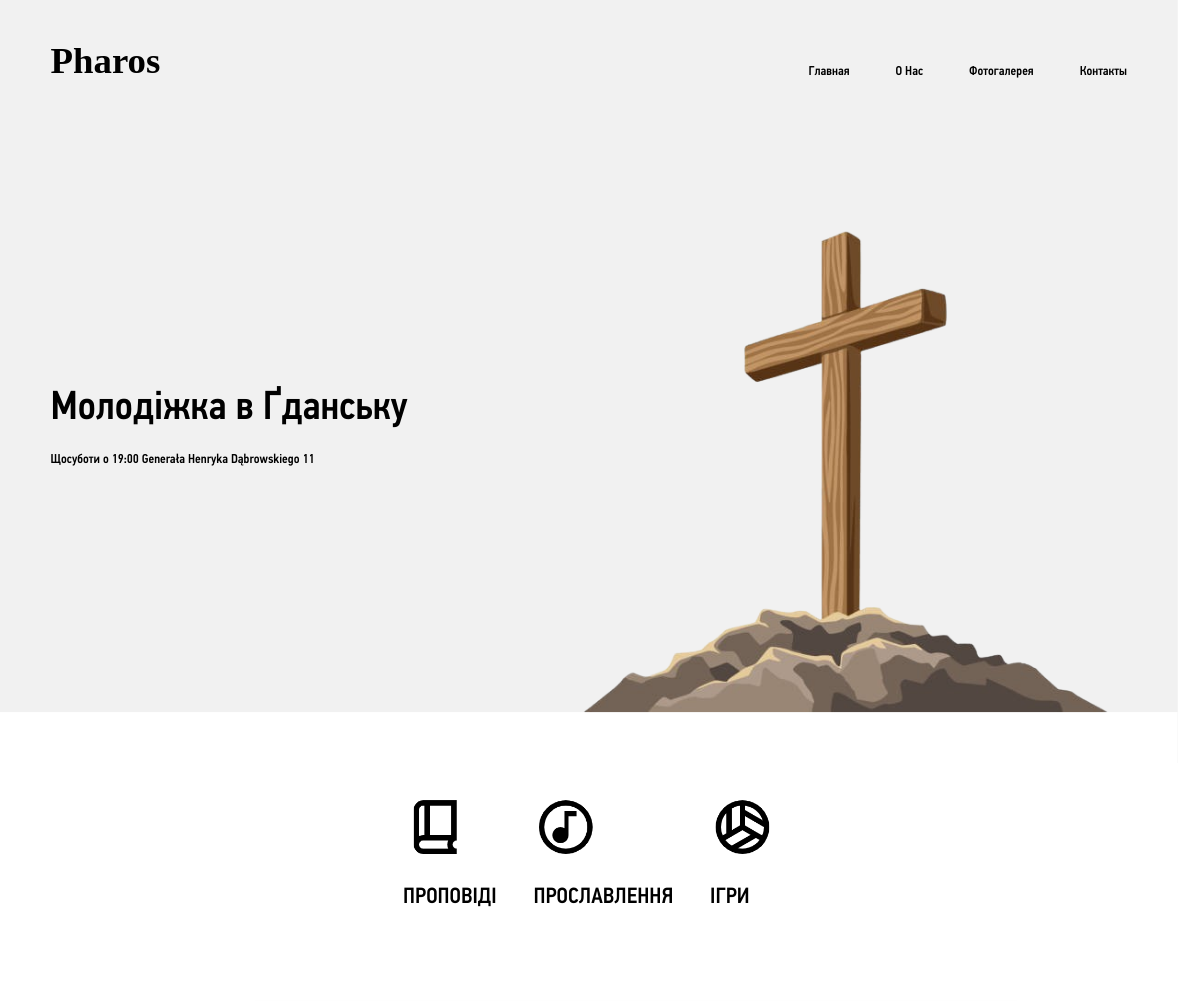
Repository: Bohdan-Sandovenko/youth-project
Page: index.html
An editor plug-in stored every save of this project. The page is shown before and after the next save, followed by the edit.
The browser window is 1280 px wide. The pictures show the whole page, at 92% of full size.
Some web fonts or font styles are not loaded; a fallback is used. The style sheet was rebuilt from its Sass, Less or Tailwind sources for each picture, by a compiler version that may differ from the author's.

Above is the page before, as saved 2024-09-21 17:28:46.

After the next save:
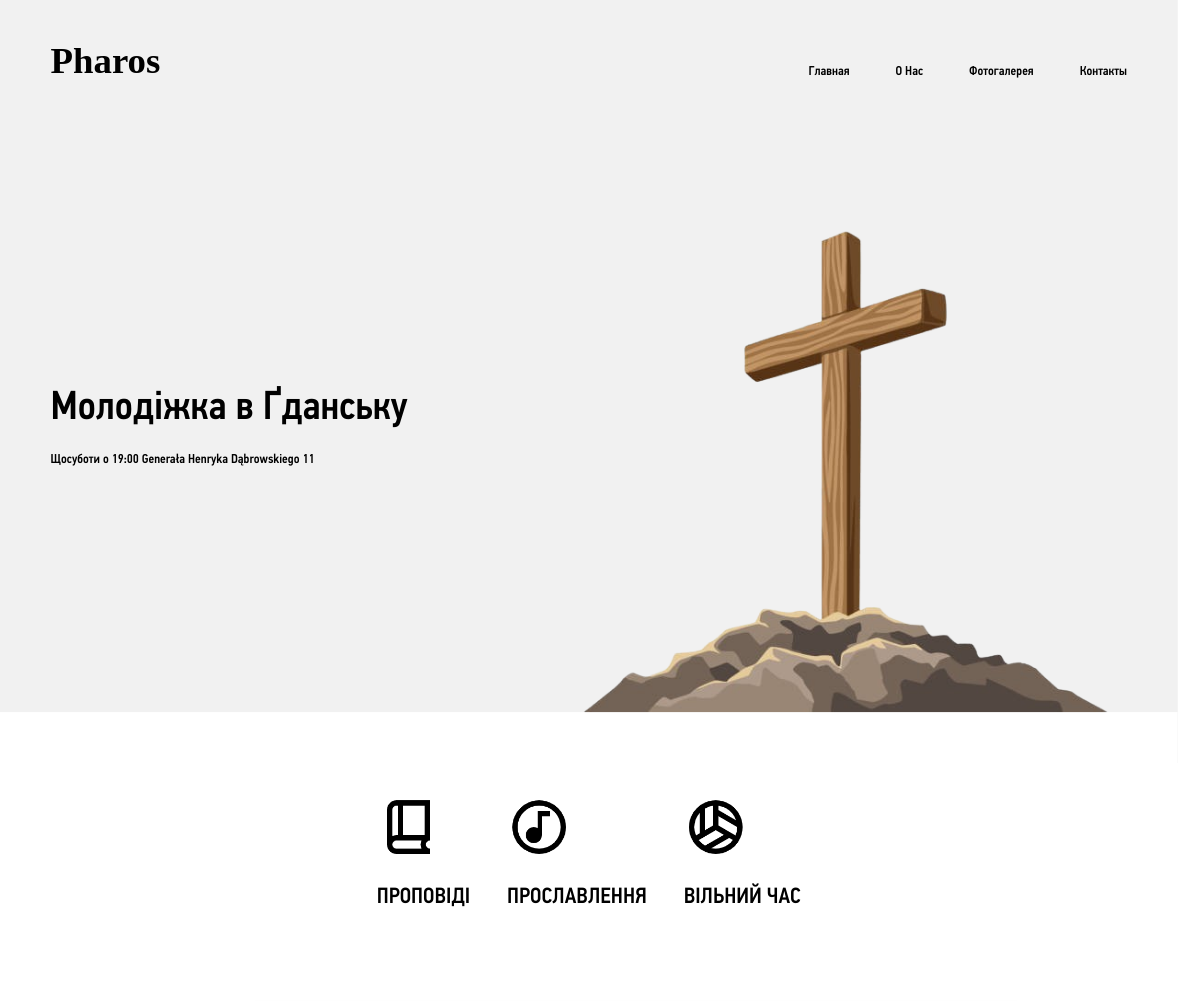
Saved 91 s later.
--- a/index.html
+++ b/index.html
@@ -49,7 +49,7 @@
 
                 <div class="service-card">
                     <img class='service-card-img' src="./img/icons/active-games.png" alt="">
-                    <h3 class="service-card-title">Ігри</h3>
+                    <h3 class="service-card-title">Вільний час</h3>
                 </div>
             </div>
         </div>
